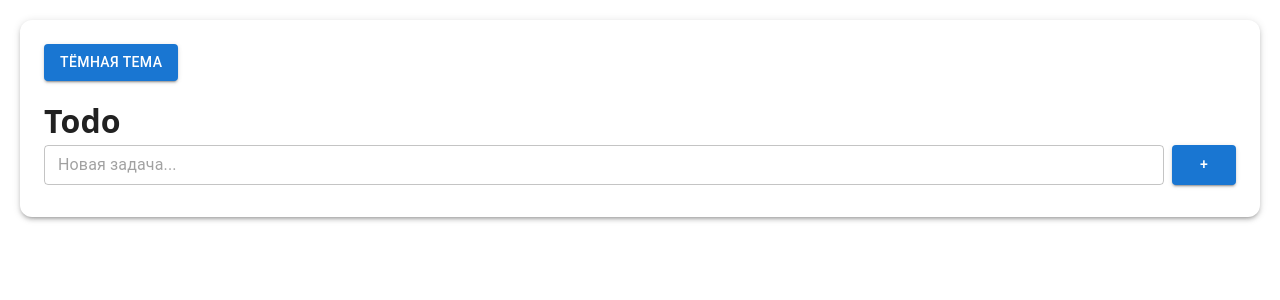
Repository: Burnmyheart/todo-app
Page: /
An editor plug-in stored every save of this project. The page is shown before and after the next save, followed by the edit.
The browser window is 1280 px wide. The pictures show the whole page.
The project was rebuilt for these pictures with package versions that can differ from the ones it lists, and the page was loaded fresh each time. Also part of the build but not shown: vite.config.ts, src/components/EditTodo/EditTodo.tsx, src/components/TodoItem/TodoItem.tsx, src/components/TodoList/TodoList.tsx.

Above is the page before, as saved 2025-09-25 20:41:26.

### src/index.css
/* Сброс браузерных стилей */
* {
  margin: 0;
  padding: 0;
  box-sizing: border-box;
}

html, body, #root {
  width: 100%;
  height: 100%;
  font-family: system-ui, -apple-system, BlinkMacSystemFont, "Segoe UI", Roboto, Helvetica, Arial, sans-serif;
  background-color: #fff;
  color: #000;
}


a {
  color: inherit;
  text-decoration: none;
}


button {
  font-family: inherit;
  font-size: 1rem;
  cursor: pointer;
  border: none;
  background: none;
}


h1, h2, h3, h4, h5, h6 {
  font-weight: 600;
}

### src/App.tsx
import React, { useState, useEffect } from "react";
import AddTodo from "./components/AddTodo/AddTodo";
import TodoList from "./components/TodoList/TodoList";
import { saveGroups, loadGroups } from "./utils/localStorage";
import type { TodoGroup } from "./types";

import { ThemeProvider, CssBaseline, Button, Paper } from "@mui/material";
import { createTheme } from "@mui/material/styles";

const App: React.FC = () => {
  const [groups, setGroups] = useState<TodoGroup[]>([]);
  const [darkMode, setDarkMode] = useState(false);

  useEffect(() => {
    setGroups(loadGroups());
  }, []);

  useEffect(() => {
    saveGroups(groups);
  }, [groups]);

  // Тема только для блока
  const theme = createTheme({
    palette: {
      mode: darkMode ? "dark" : "light",
    },
  });

  const addGroup = (title: string) => {
    const newGroup: TodoGroup = {
      id: Date.now(),
      title,
      tasks: [],
      createdAt: new Date(),
    };
    setGroups((prev) => [...prev, newGroup]);
  };

  const updateGroup = (updated: TodoGroup) => {
    setGroups((prev) =>
      prev.map((group) => (group.id === updated.id ? updated : group))
    );
  };

  return (
    <div style={{ padding: "20px", maxWidth: "1900px", margin: "0 auto" }}>
      <ThemeProvider theme={theme}>
        <CssBaseline />
        <Paper
          elevation={3}
          sx={{
            p: 3,
            borderRadius: 3,
            bgcolor: darkMode ? "background.default" : "#fff",
          }}
        >
          <Button
            variant="contained"
            onClick={() => setDarkMode((prev) => !prev)}
            sx={{ mb: 2 }}
          >
            {darkMode ? "Светлая тема" : "Тёмная тема"}
          </Button>

          <h1>Todo</h1>
          <AddTodo onAdd={addGroup} />
          {groups.map((group) => (
            <TodoList
              key={group.id}
              group={group}
              onUpdateGroup={updateGroup}
            />
          ))}
        </Paper>
      </ThemeProvider>
    </div>
  );
};

export default App;

### src/components/AddTodo/AddTodo.tsx
import React, { useState } from "react";
import { TextField, Button, Stack } from "@mui/material";

interface AddTodoProps {
  onAdd: (text: string) => void;
}

const AddTodo: React.FC<AddTodoProps> = ({ onAdd }) => {
  const [text, setText] = useState("");
  const [error, setError] = useState(false);

  const handleAdd = () => {
    if (!text.trim()) {
      setError(true);
      return;
    }
    onAdd(text);
    setText("");
    setError(false);
  };

  return (
    <Stack direction="row" spacing={1} sx={{ mb: 1 }}>
      <TextField
        value={text}
        onChange={(e) => { setText(e.target.value); setError(false); }}
        size="small"
        placeholder="Новая задача..."
        onKeyDown={(e) => e.key === "Enter" && handleAdd()}
        error={error}
        helperText={error ? "Поле не может быть пустым" : ""}
        fullWidth
      />
      <Button variant="contained" onClick={handleAdd}>+</Button>
    </Stack>
  );
};

export default AddTodo;

### src/utils/localStorage.tsx
import type { TodoGroup } from "../types";

const GROUPS_KEY = "todoGroups";

export const saveGroups = (groups: TodoGroup[]) => {
  localStorage.setItem(GROUPS_KEY, JSON.stringify(groups));
};

export const loadGroups = (): TodoGroup[] => {
  const data = localStorage.getItem(GROUPS_KEY);
  if (!data) return [];

  const groups: TodoGroup[] = JSON.parse(data);

  // Конвертируем строки обратно в Date
  return groups.map(group => ({
    ...group,
    createdAt: new Date(group.createdAt),
    tasks: group.tasks.map(task => ({ ...task, createdAt: new Date(task.createdAt) })),
  }));
};

Loaded but not shown: index.html (common file); src/main.tsx (common file)

After the next save:
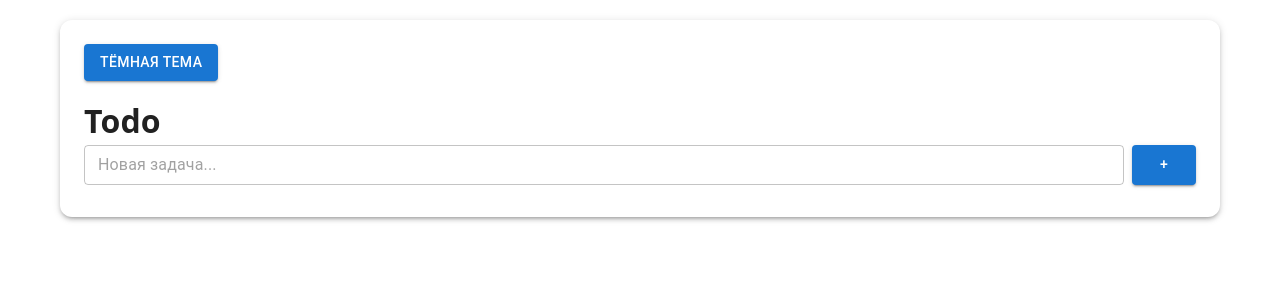
Saved 5 s later.
--- a/src/App.tsx
+++ b/src/App.tsx
@@ -43,7 +43,7 @@
   };
 
   return (
-    <div style={{ padding: "20px", maxWidth: "1900px", margin: "0 auto" }}>
+    <div style={{ padding: "20px", maxWidth: "1200px", margin: "0 auto" }}>
       <ThemeProvider theme={theme}>
         <CssBaseline />
         <Paper

After the save that followed:
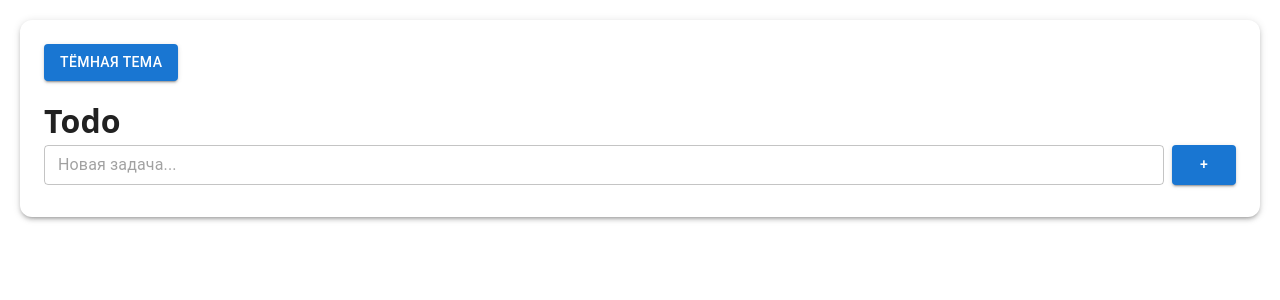
Saved 30 s later.
--- a/src/App.tsx
+++ b/src/App.tsx
@@ -43,7 +43,7 @@
   };
 
   return (
-    <div style={{ padding: "20px", maxWidth: "1200px", margin: "0 auto" }}>
+    <div style={{ padding: "20px", maxWidth: "100%", margin: "0 auto" }}>
       <ThemeProvider theme={theme}>
         <CssBaseline />
         <Paper
